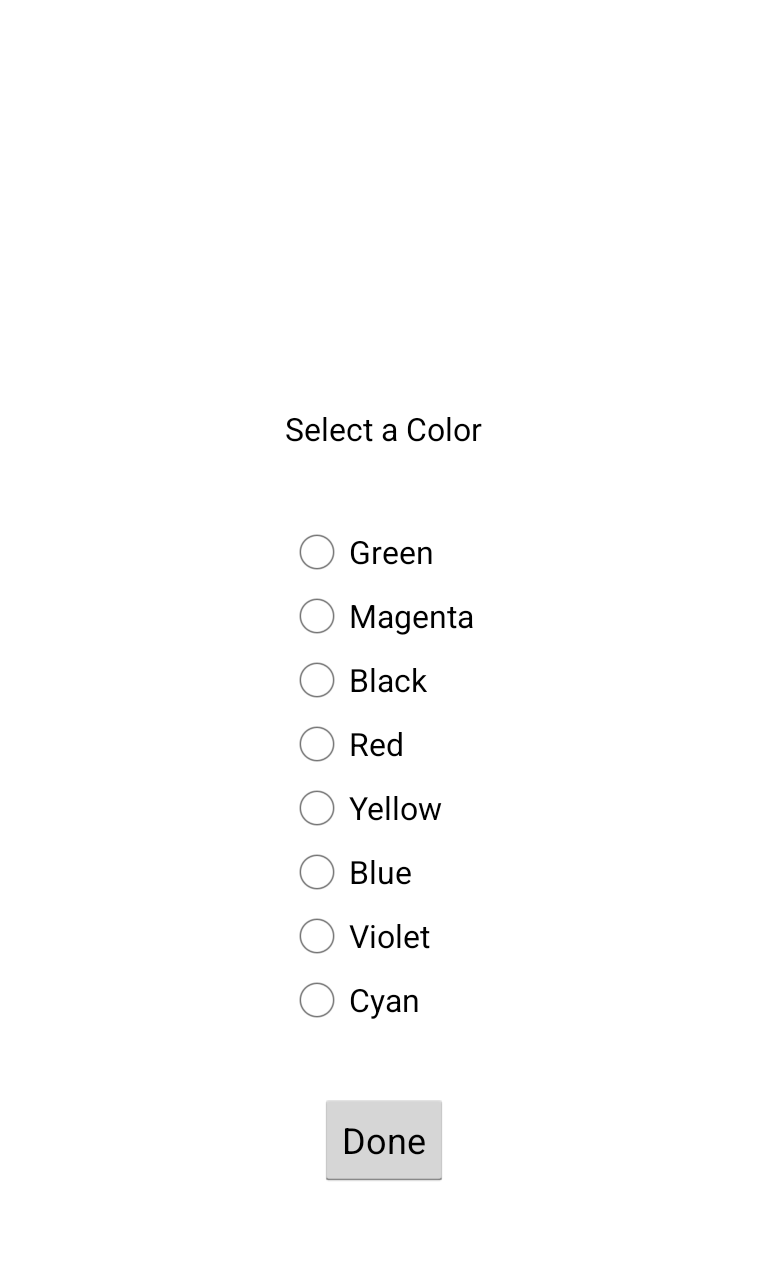
Repository: johnhof/App-Design
Layout: MyNote/res/layout/activity_color_picker.xml
These files come from the project's save history. The layout is drawn as it stood at one moment and after the next save; the edit follows.
It is drawn on a 768 x 1280 px phone screen (xhdpi) without system bars, with theme AppTheme; the app's code is not run. The app's manifest (not shown) leaves right-to-left support off. So textAlignment, textDirection and layoutDirection are ignored, and left and right values win over start and end ones.

Above is the layout before, as saved 2013-02-05 19:19:53.

### MyNote/res/layout/activity_color_picker.xml
<RelativeLayout xmlns:android="http://schemas.android.com/apk/res/android"
    xmlns:tools="http://schemas.android.com/tools"
    android:layout_width="match_parent"
    android:layout_height="match_parent"
    tools:context=".ColorPicker" >

    <Button
        android:id="@+id/done_button"
        android:layout_width="wrap_content"
        android:layout_height="wrap_content"
        android:layout_alignParentBottom="true"
        android:layout_centerHorizontal="true"
        android:layout_marginBottom="46dp"
        android:text="@string/color_done" />

    <CheckedTextView
        android:id="@+id/instruction_text"
        android:layout_width="wrap_content"
        android:layout_height="wrap_content"
        android:layout_above="@+id/color_group"
        android:layout_centerHorizontal="true"
        android:layout_marginBottom="35dp"
        android:text="@string/color_instructions" />

    <RadioGroup
        android:id="@+id/color_group"
        android:layout_width="wrap_content"
        android:layout_height="wrap_content"
        android:layout_above="@+id/done_button"
        android:layout_alignLeft="@+id/instruction_text"
        android:layout_marginBottom="30dp" >

        <RadioButton
            android:id="@+id/green_radio"
            android:layout_width="wrap_content"
            android:layout_height="wrap_content"
            android:text="@string/green" />

        <RadioButton
            android:id="@+id/magenta_radio"
            android:layout_width="wrap_content"
            android:layout_height="wrap_content"
            android:text="@string/magenta" />

        <RadioButton
            android:id="@+id/black_radio"
            android:layout_width="wrap_content"
            android:layout_height="wrap_content"
            android:text="@string/black" />

        <RadioButton
            android:id="@+id/red_radio"
            android:layout_width="wrap_content"
            android:layout_height="wrap_content"
            android:text="@string/red" />

        <RadioButton
            android:id="@+id/yellow_radio"
            android:layout_width="wrap_content"
            android:layout_height="wrap_content"
            android:text="@string/yellow" />

        <RadioButton
            android:id="@+id/blue_radio"
            android:layout_width="wrap_content"
            android:layout_height="wrap_content"
            android:text="@string/blue" />

        <RadioButton
            android:id="@+id/violet_radio"
            android:layout_width="wrap_content"
            android:layout_height="wrap_content"
            android:text="@string/violet" />

        <RadioButton
            android:id="@+id/cyan_radio"
            android:layout_width="wrap_content"
            android:layout_height="wrap_content"
            android:text="@string/cyan" />
    </RadioGroup>

</RelativeLayout>

### MyNote/res/values/strings.xml
<?xml version="1.0" encoding="utf-8"?>
<resources>

    <string name="app_name">Note Taker</string>
    <string name="menu_settings">Settings</string>
    <string name="submit_button">Submit Letter</string>
    <string name="add_button">add Letter</string>
    <string name="result_text">Waiting&#8230;</string>
    <string name="note_text">Note Text&#8230;</string>
    <string name="color_button">Select Color</string>
    <string name="clear_note_button">Clear Note</string>
    <string name="clear_canvas_button">Clear Canvas</string>

    <string name="title_activity_color_picker">Color Selection</string>
    <string name="color_instructions">Select a Color</string>
    <string name="red">Red</string>
    <string name="cyan">Cyan</string>
    <string name="yellow">Yellow</string>
    <string name="green">Green</string>
    <string name="blue">Blue</string>
    <string name="magenta">Magenta</string>
    <string name="violet">Violet</string>
    <string name="black">Black</string>
    <string name="color_done">Done</string>


</resources>

Loaded but not shown: MyNote/res/values/styles.xml (common file); MyNote/res/values-v11/styles.xml (common file); MyNote/res/values-v14/styles.xml (common file)

After the next save:
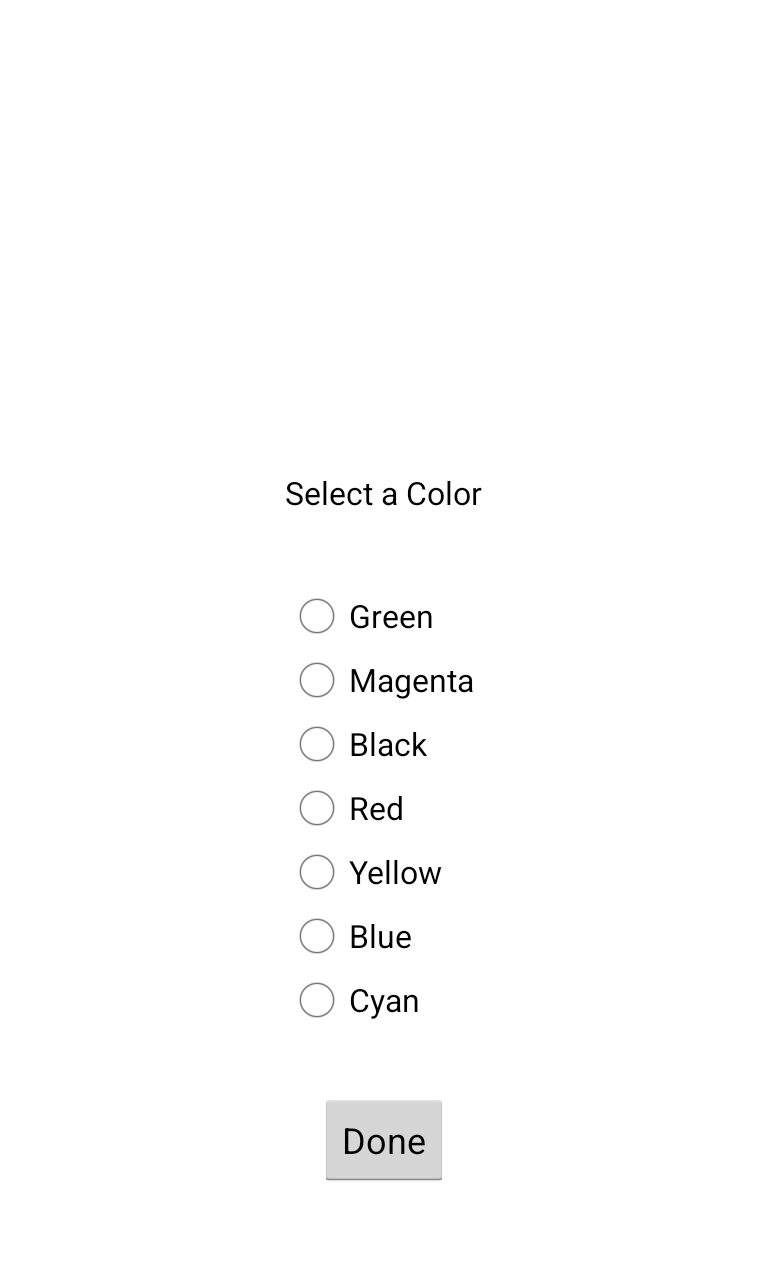
Saved 45 min 54 s later.
--- a/MyNote/res/layout/activity_color_picker.xml
+++ b/MyNote/res/layout/activity_color_picker.xml
@@ -66,11 +66,6 @@
             android:layout_height="wrap_content"
             android:text="@string/blue" />
 
-        <RadioButton
-            android:id="@+id/violet_radio"
-            android:layout_width="wrap_content"
-            android:layout_height="wrap_content"
-            android:text="@string/violet" />
 
         <RadioButton
             android:id="@+id/cyan_radio"
